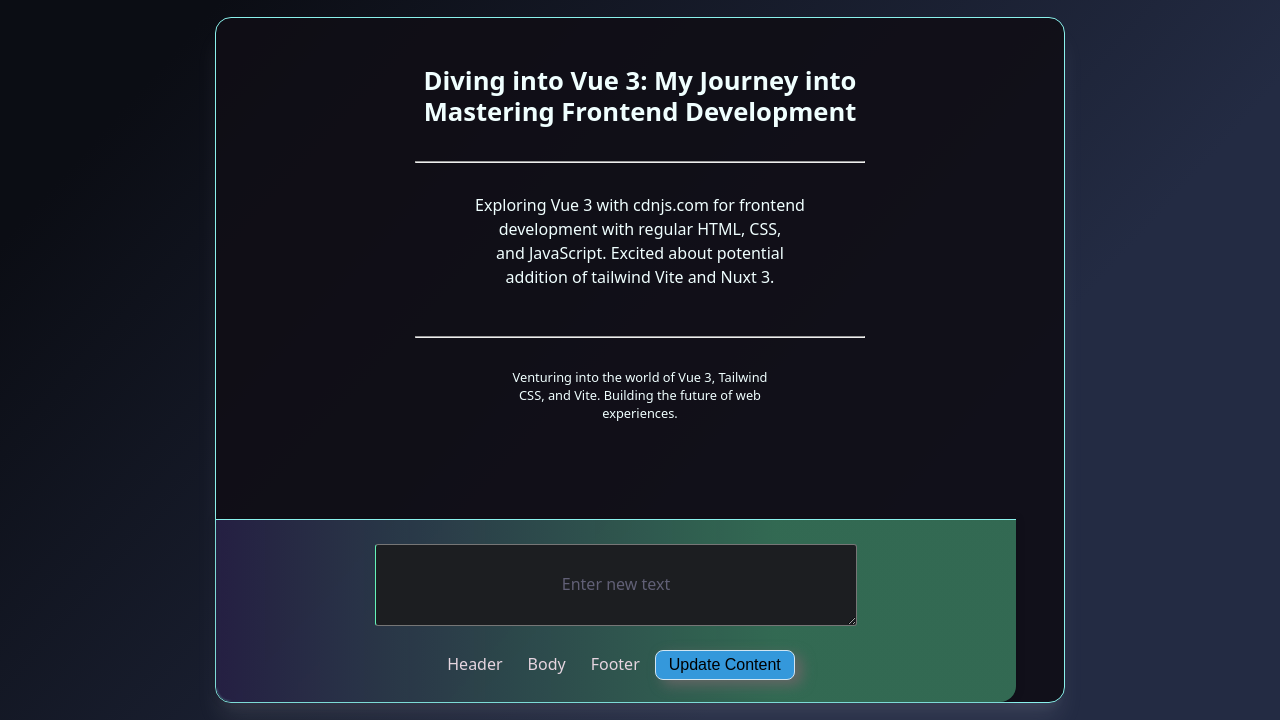
Repository: Freezler/AnnounceCraft
Page: index.html
An editor plug-in stored every save of this project. The page is shown before and after the next save, followed by the edit.
The browser window is 1280 px wide. The pictures show the whole page.

Above is the page before, as saved 2024-01-22 15:50:10.

### index.html
<!DOCTYPE html>
<html lang="en">

<head>
	<meta charset="UTF-8" />
	<meta name="viewport" content="width=device-width, initial-scale=1.0" />
	<title>Shopping List App</title>
	<link rel="stylesheet" href="style.css" />
</head>

<body>
	<section id="shopping-list">

		<div class="choice-box" >
			<textarea v-model="selectedText" type="text" minlength="10" maxlength="40" required
				placeholder="Enter new text"></textarea>
			<div class="radio-container">
				<input class="btn" type="radio" id="header" value="Header" v-model="selectedType"
					@change="updateTempContent">
				<label for="header">Header</label>
				<input class="btn" type="radio" id="body" value="Body" v-model="selectedType"
					@change="updateTempContent">
				<label for="body">Body</label>
				<input class="btn" type="radio" id="footer" value="Footer" v-model="selectedType"
					@change="updateTempContent">
				<label for="footer">Footer</label>
				<button @click="updateText" class="btn">Update Content</button>
			</div>
		</div>
		<div class="content">
			<h1 @click="updateSelectedType('Header'); updateSelectedText(header)">{{ header }}</h1>
			<hr>
			<p @click="updateSelectedType('Body'); updateSelectedText(body)">{{ body }}</p>
			<hr>
			<h4 @click="updateSelectedType('Footer'); updateSelectedText(footer)">{{ footer }}</h4>
		</div>
	</section>
	<script src="https://unpkg.com/vue@3"></script>
	<script src="app.js"></script>
</body>

</html>

### style.css
body {
    margin: 0;
    padding: 0;
    font-family: system-ui, -apple-system, BlinkMacSystemFont, 'Segoe UI', Roboto, Oxygen, Ubuntu, Cantarell, 'Open Sans', 'Helvetica Neue', sans-serif;
    background: linear-gradient(132.1deg, rgb(11, 13, 20) 11.4%, rgb(35, 43, 67) 70.2%);
    color: azure;
    text-align: center;
    height: 100vh;
    display: flex;
    flex-direction: column;
    justify-content: space-evenly;
    align-items: center;

}

section {
    height: 95%;
    border: 0.6px solid #8af1ec;
    border-radius: 16px;
    padding:0 40px;
    max-width: 60vw;
    background-color: hsla(255, 21%, 7%, 0.9);
    text-align: center;
    position: absolute;
    box-shadow: rgba(223, 225, 240, 0.1) 0px 20px 25px -5px, rgba(228, 225, 225, 0.05) 0px 10px 10px -5px;
}

h1 {
    font-size: clamp(0.9rem, 2vw, 1.7rem);
    line-height: 1.2;
    padding-bottom: 1.2rem;
    width: 32ch;
    margin: 16px auto -16px;
    word-wrap: pretty;
}

h1:hover {

    transform: scale(1.05);
    color: hsla(219, 87%, 27%, 0.9);
    transition: all 5s cubic-bezier(0.215, 0.610, 0.355, 1);
    text-align: center;
    margin:0 auto;
    padding:0;
}

h4 {
    font-size: clamp(0.3rem, 2vw, 0.8rem);
    font-weight: 100;
    width: 35ch;
    vertical-align: middle;
    margin: 0 auto;
    padding-bottom: 24px;
    text-align: center;
    word-wrap: balanced;
}

p {
    font-size: clamp(0.6rem, 2vw, 1rem);
    line-height: 1.6;
    width: 45ch;
    line-height: 1.5;
    margin: 0 auto;
    padding: 0px 0px 1rem;
    text-wrap: balance;
    text-align: center;
}

hr {

    width: 35vw;
    align-self: center;

}

label {
    display: block;
    color: #e6d5e0;
}

.radio-container input[type="radio"] {
    display: none;

}

.radio-container input[type="radio"]:hover {
    background: #b984e8;

}

.radio-container input[type="radio"]+label {
    display: inline-block;
    padding: 5px 10px;

    border-radius: 8px;
    margin-right: 5px;
    cursor: pointer;
}

.radio-container input[type="radio"]:checked+label {
    background-color: #e0e0e0;
    color: rgb(40, 4, 4);
}

.content {
    display: flex;
    flex-direction: column;
    gap: clamp(1.4rem, 1vw, 2rem);
    width: 60vw;
    ;
    padding: 2rem 0;
}

.choice-box {
    position: absolute;

    background-position: center;
    background-image: url('https://images.unsplash.com/photo-1515325915697-9279b4f7effc?q=80&w=2532&auto=format&fit=crop&ixlib=rb-4.0.3&ixid=M3wxMjA3fDB8MHxwaG90by1wYWdlfHx8fGVufDB8fHx8fA%3D%3D');
    background: linear-gradient(90deg, hsla(249, 83%, 67%, 0.2), hsla(249, 83%, 67%, 0.2)0 0%, hsla(149, 83%, 67%, 0.4)70%);
    display: flex;
    flex-direction: column;
    gap: 8px;
    justify-content: space-between;
    break-before: always;
    margin: 0rem auto;
    bottom: 0;
    left:0;
    border-top: 0.6px solid #8af1ec;
    border-bottom-left-radius: 16px;
    border-bottom-right-radius: 16px;
    padding-top: 24px;
    padding-bottom: 16px;


    backdrop-filter: blur(1px);

    box-shadow: 0 0 10px rgba(0, 0, 0, 0.2);
    width: calc(60vw + 32px);

    textarea {
        width: 60%;
        color: rgb(233, 232, 243);
        background-color: #1c1e21;
        border-left: 1px solid #64f3b7;
        border-radius: 3px;
        font-size: 16px;
        font-family: system-ui, -apple-system, BlinkMacSystemFont, 'Segoe UI', Roboto, Oxygen, Ubuntu, Cantarell, 'Open Sans', 'Helvetica Neue', sans-serif;
        margin: 0 auto;
       padding: 16px 0px;
       padding-top: 1.2rem;
       text-align: center;
            justify-content: baseline;
        overflow: hidden;
        outline: none;
        vertical-align: middle;

        &::placeholder {
            color: rgb(97, 96, 118);
            text-align: center;
            justify-content: baseline;
            padding-top: 0.5rem;
        }

        &:focus {
            border-color: #f0f3f6;
            box-shadow: 0 0 0 0.1rem rgba(255, 0, 76, 0.65);
            text-align: center;

        }

        &::valid {
            background-color: #28924b;
        }
    }
}

.btn {
    -webkit-border-radius: 4;
    -moz-border-radius: 4;
    border-radius: 8px;
    -webkit-box-shadow: 7px 5px 13px #666666;
    -moz-box-shadow: 7px 5px 13px #666666;
    box-shadow: 7px 5px 13px #666666;
    color: #000000;
    font-size: 16px;
    background: #3498db;
    padding: 5px 10px;
    border: solid #d0e5f2 1px;
    text-decoration: none;
    width: 140px;
    margin: 1rem auto .4rem;
}

.btn:hover {
    background: #b984e8;
    text-decoration: none;
}

### app.js
const shoppingList = Vue.createApp({
    /**
     * Returns an object with header, body, footer, selectedText, selectedType, and tempContent properties.
     *
     * @return {Object} The object containing header, body, footer, selectedText, selectedType, and tempContent properties.
     */
    data() {
        return {
            header: "Diving into Vue 3: My Journey into Mastering Frontend Development",
            body: "Exploring Vue 3 with cdnjs.com for frontend development with regular HTML, CSS, and JavaScript. Excited about potential addition of tailwind  Vite and Nuxt 3.",
            footer: "Venturing into the world of Vue 3, Tailwind CSS, and Vite. Building the future of web experiences.",
            selectedText: "",
            selectedType: "",
            tempContent: { type: "", text: "" }
        };
    },
    methods: {
        /**
         * Updates the temporary content based on the selected type and text.
         */
        updateTempContent() {
            if (this.selectedText === "") {
                this.selectedType = "";
                alert("Please enter text first");
            } else {
                if (this.selectedType !== undefined) {
                    this.tempContent.type = this.selectedType;
                }
                if (this.selectedText !== undefined) {
                    this.tempContent.text = this.selectedText;
                }
            }
        },

        /**
         * Updates the header, body, and footer based on the type and text from this.tempContent.
         */
        updateText() {
            const { type, text } = this.tempContent;
            if (type === "Header") {
                this.header = text;
            }
            if (type === "Body") {
                this.body = text;
            }
            if (type === "Footer") {
                this.footer = text;
            }
            this.selectedType = "";
            this.selectedText = "";
        }
    }
}).mount("#shopping-list");

After the next save:
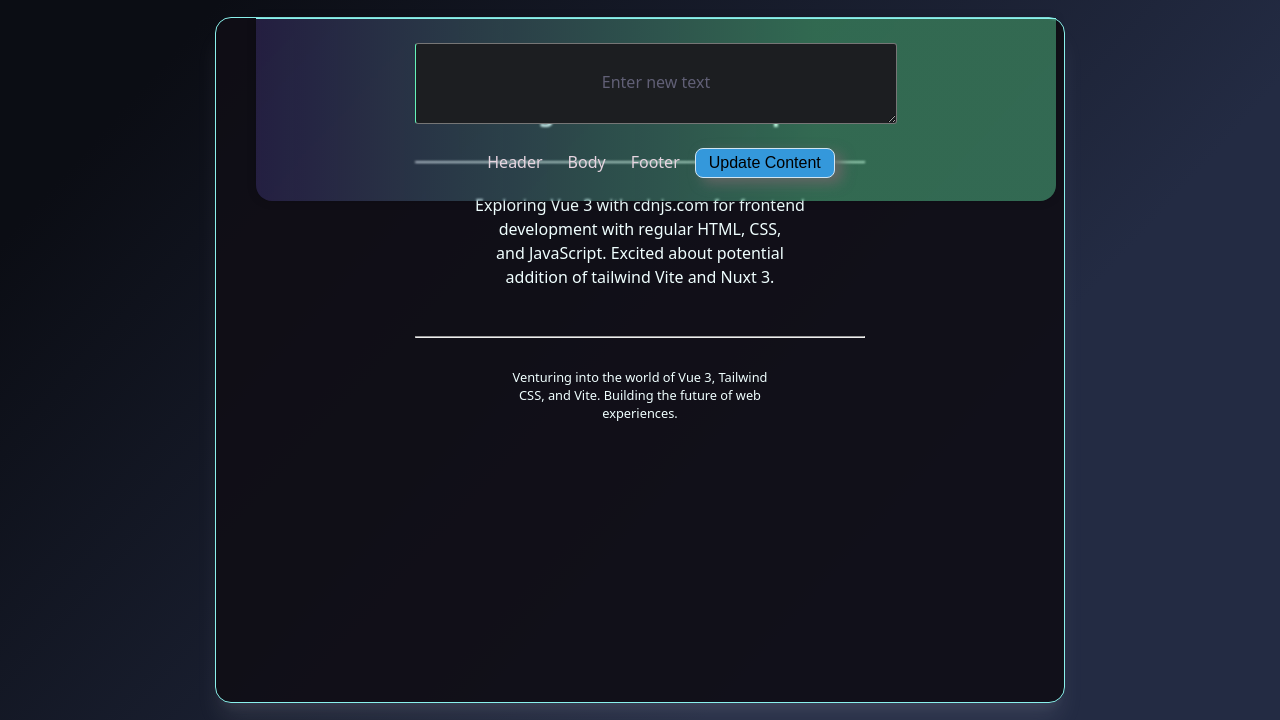
Saved 37 s later.
--- a/style.css
+++ b/style.css
@@ -123,8 +123,7 @@
     justify-content: space-between;
     break-before: always;
     margin: 0rem auto;
-    bottom: 0;
-    left:0;
+
     border-top: 0.6px solid #8af1ec;
     border-bottom-left-radius: 16px;
     border-bottom-right-radius: 16px;
